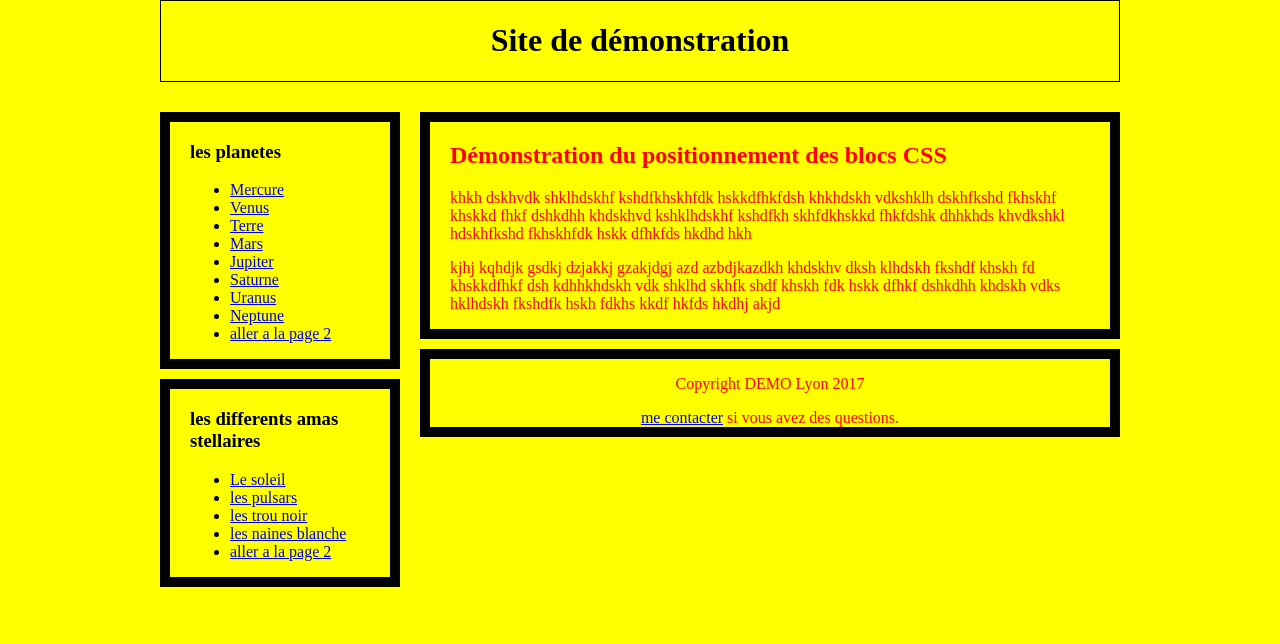
Repository: Poulpyto/fitec
Page: workspaceHtmlFlo/ModelePage1Flo/WebContent/index.html
These files come from the project's save history. The page is drawn as it stood at one moment and after the next save; the edit follows.
The browser window is 1280 px wide. The pictures show the whole page.

Above is the page before, as saved 2017-04-04 14:10:58.

### workspaceHtmlFlo/ModelePage1Flo/WebContent/index.html
<!DOCTYPE html>
<html>
<head>

<meta charset="UTF-8">
<title>Modele 1</title>
<meta name="viewport" content="width=device-width, initial-scale=1.0" /><!-- recup taille terminal utiliser , premiere etape pr respnosivité*/ -->
<link rel="stylesheet" href="css/style.css" />
</head>

<body>
	<div id="entete">
		<h1>Site de démonstration</h1>
	</div>
	<div id="nav">
		<div class="block planete">
		<h3>les planetes</h3>
			<ul>
				<li><a href= "#">Mercure</a></li>
				<li><a href= "#">Venus</a></li>
				<li><a href= "#">Terre</a></li>
				<li><a href= "#">Mars</a></li>
				<li><a href= "#">Jupiter</a></li>
				<li><a href= "#">Saturne</a></li>
				<li><a href= "#">Uranus</a></li>
				<li><a href= "#">Neptune</a></li>
				<li><a href= "page2.html">aller a la page 2 </a></li>
			</ul>
	</div>
	<div class="block espace">
		<h3>les differents amas stellaires</h3>
		<ul>
			<li><a href= "#">Le soleil</a></li>
			<li><a href= "#">les pulsars</a></li>
			<li><a href= "#">les trou noir</a></li>
			<li><a href= "#">les naines blanche</a></li>
			<li><a href= "page2.html">aller a la page 2 </a></li>
		</ul>
	</div>
	</div>
	<div id="content">
	<div class="block">
		<h2>Démonstration du positionnement des blocs CSS</h2>

		<p>khkh dskhvdk shklhdskhf kshdfkhskhfdk hskkdfhkfdsh khkhdskh vdkshklh dskhfkshd fkhskhf khskkd fhkf dshkdhh khdskhvd kshklhdskhf kshdfkh skhfdkhskkd fhkfdshk dhhkhds khvdkshkl hdskhfkshd fkhskhfdk hskk dfhkfds hkdhd hkh</p>
		<p> kjhj kqhdjk  gsdkj dzjakkj gzakjdgj azd azbdjkazdkh khdskhv dksh klhdskh fkshdf khskh fd khskkdfhkf dsh kdhhkhdskh vdk shklhd skhfk shdf khskh fdk hskk dfhkf dshkdhh khdskh vdks hklhdskh fkshdfk hskh fdkhs kkdf hkfds hkdhj akjd</p>
	</div>
	<div class="block footer">
	<p> Copyright DEMO Lyon 2017</p>
	<a href="mailto:contact@example.com">me contacter</a> si vous avez des questions.
	</div>
	</div>
</body>

</html>

### workspaceHtmlFlo/ModelePage1Flo/WebContent/css/style.css
@CHARSET "UTF-8";
/*media queries*/
/*si la taille de l'ecran est <680px */
@media screen and (max-width:680px)
{
body {
	width: 100%;
	margin: 0 auto;
	background-color: grey;
	text-align: center;
}

#entete{
	border: 1px solid black;
	margin-bottom: 20px;
	padding: 0 20px;
	text-align:center;
}

#nav {
	width: 100%;

}

#content {
	width:100%;
	color: red;

}

.block{
	border: 10px solid black;
	margin-top: 10px;
	padding: 0 20px;
}
.footer{
	text-align: center;
}
}
/*si la taille de l'ecran est comprise entre 681 et 1279px*/
@media screen and (min-width:681px) and (max-width:1279px)
{
body {
	width: 100%;
	margin: 0 auto;
	background-color: cyan;
	text-align: center;
}


#entete{
	border: 1px solid black;
	margin-bottom: 20px;
	padding: 0 20px;
	text-align:center;
}

#nav {
	width: 100%;
}

.planete{
	float: left;
	width: 40%;
	color : green;
}
.espace{
	float: right;
	width: 40%;
	height: 225px;
}
#content {
	width:100%;
	color: red;
	float:right;
}

.block{
	border: 10px solid black;
	margin-top: 10px;
	padding: 0 20px;

}

.footer{
	text-align: center;
	width:100%;
}
}
/*si la taille est > 1279px*/
@media screen and (min-width:1280px)
{
body {
	width: 960px;
	margin: 0 auto;
	background-color: yellow;
}

#entete{
	border: 1px solid black;
	margin-bottom: 20px;
	padding: 0 20px;
	text-align:center;
}

#nav {
	width: 240px;
	float: left;
}

#content {
	width:700px;
	float: right;
	color: red;

}

.block{
	border: 10px solid black;
	margin-top: 10px;
	padding: 0 20px;
}
.footer{
	text-align: center;
}
}

After the next save:
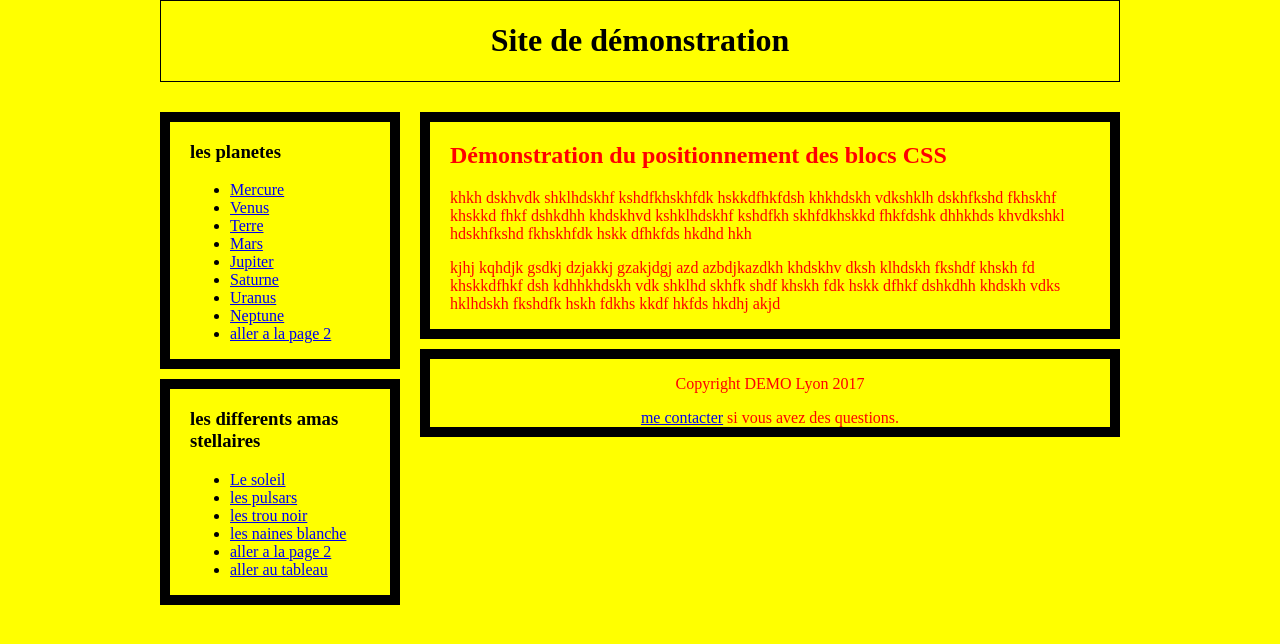
Saved 21 s later.
--- a/workspaceHtmlFlo/ModelePage1Flo/WebContent/index.html
+++ b/workspaceHtmlFlo/ModelePage1Flo/WebContent/index.html
@@ -35,6 +35,7 @@
 			<li><a href= "#">les trou noir</a></li>
 			<li><a href= "#">les naines blanche</a></li>
 			<li><a href= "page2.html">aller a la page 2 </a></li>
+			<li><a href= "tableau.html">aller au tableau </a></li>
 		</ul>
 	</div>
 	</div>
